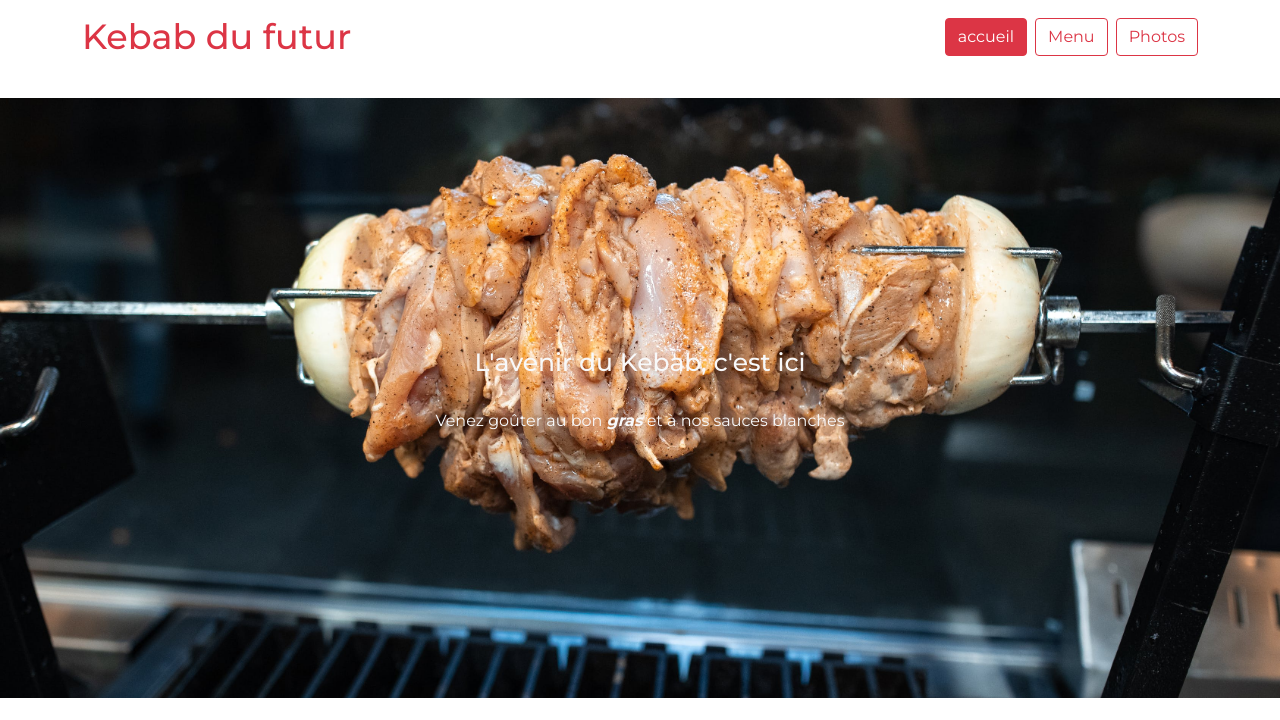
Repository: phbord/THP-js-exercices-manipulation-DOM
Page: index.html
These files come from the project's save history. The page is drawn as it stood at one moment and after a run of saves; the edit follows.
The browser window is 1280 px wide. The pictures show the whole page.

Above is the page before, as saved 2021-07-19 11:35:25.

After the next 4 saves:
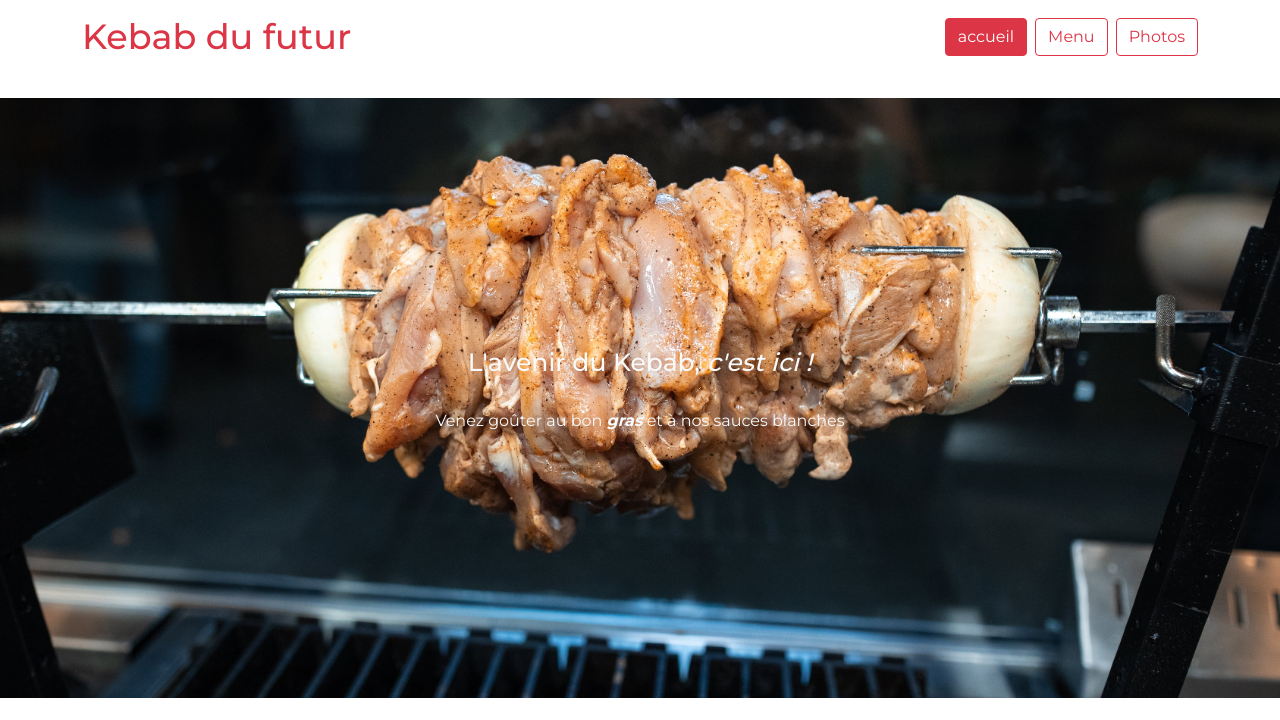
The 4 saves are shown as one change because they came seconds apart.
The last was saved 17 s later.
--- a/index.html
+++ b/index.html
@@ -32,7 +32,7 @@
 
         <!-- ACCUEIL -->
         <section id="block-1" class="home d-flex flex-column justify-content-center align-items-center p-4">
-            <h2 class="text-light">L'avenir du Kebab, c'est ici</h2>
+            <h2 class="text-light">L'avenir du Kebab, <i>c'est ici !</i></h2>
             <p class="text-light mt-4">Venez goûter au bon <b><i>gras</i></b> et à nos sauces blanches</p>
         </section>
 
